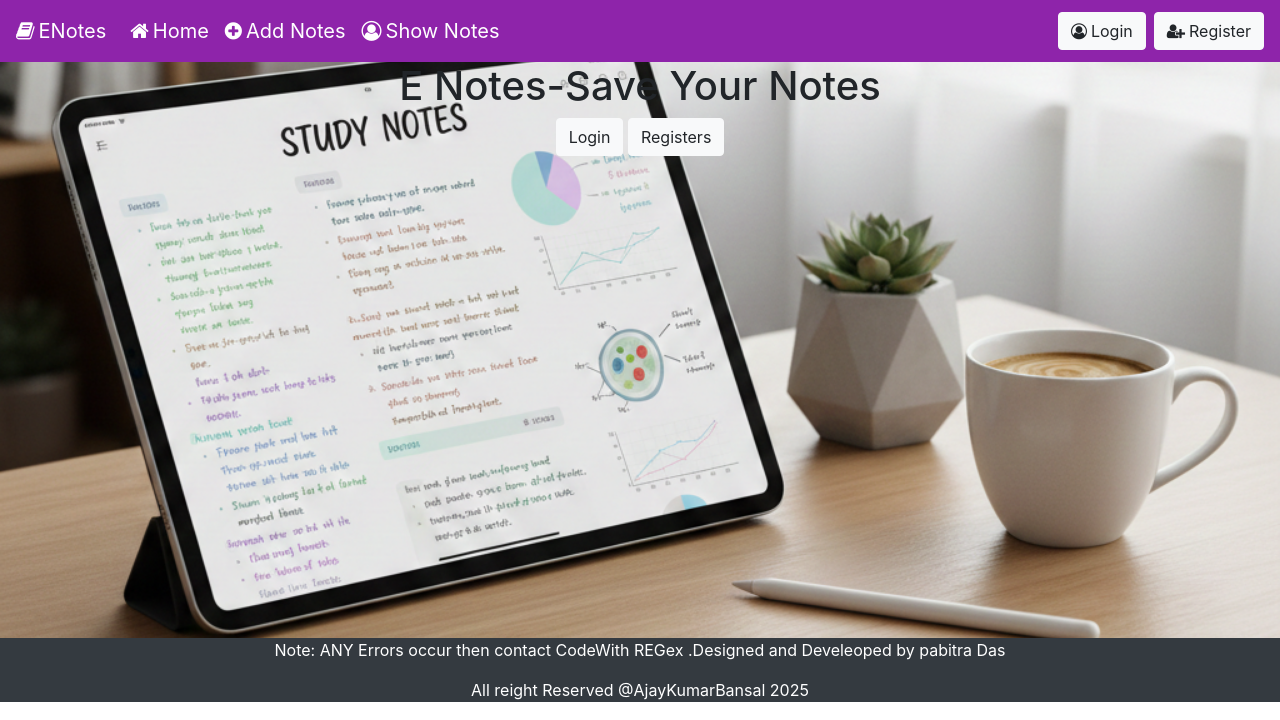
Repository: Bansal140899/eclipse-workspace
Page: http://localhost/ENotesProject/
These files come from the project's save history. The page is drawn as it stood at one moment and after the next save; the edit follows.
The browser window is 1280 px wide. The pictures show the whole page.
The page is served by Tomcat 9.

Above is the page before, as saved 2025-12-21 21:30:10.

After the next save:
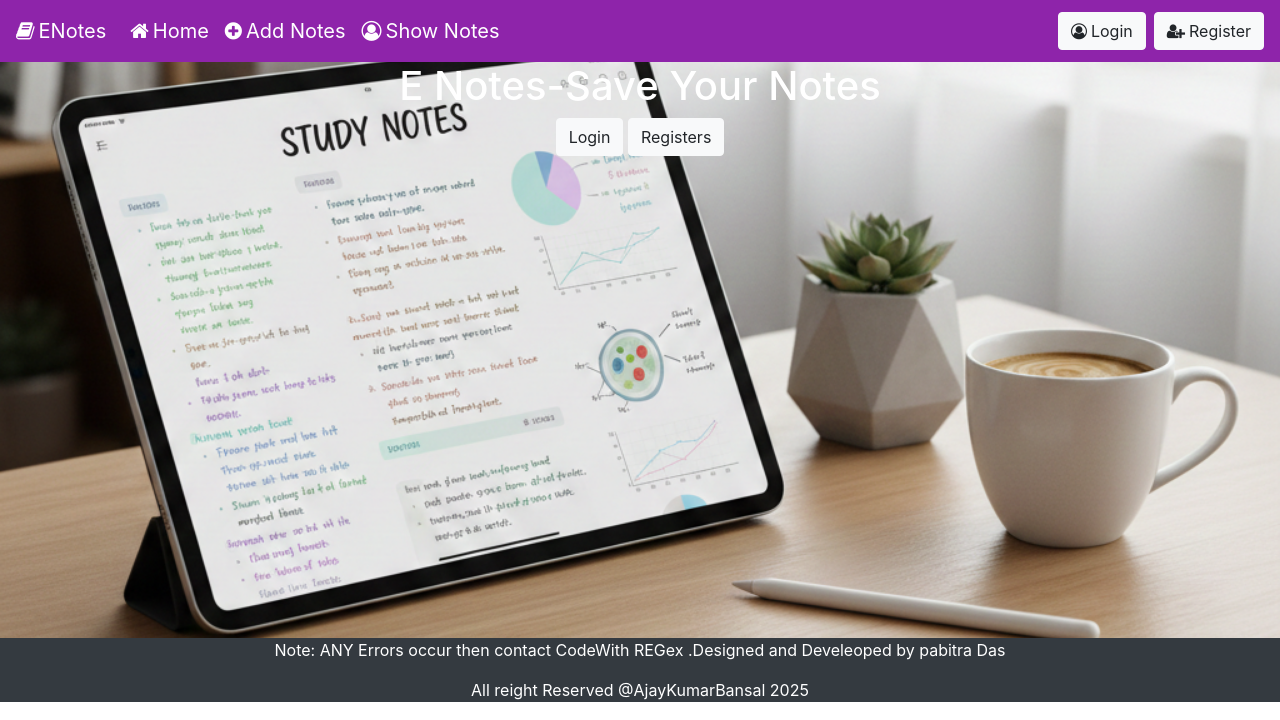
Saved 23 s later.
--- a/ENotesProject/src/main/webapp/index.jsp
+++ b/ENotesProject/src/main/webapp/index.jsp
@@ -21,7 +21,7 @@ background-repeat: no-repeat;   /* repeat band */
 	<%@include file="All_Component/navbar.jsp"%>
 	<div class="container-fluid back-img">
 	<div class=  "text-center">
-	<h1 class="text-center">E Notes-Save Your Notes</h1>
+	<h1 class="text-white">E Notes-Save Your Notes</h1>
     <a href="login.jsp" class="btn btn-light">Login</a>
 	<a href="register.jsp" class="btn btn-light">Registers</a>
 	</div>
